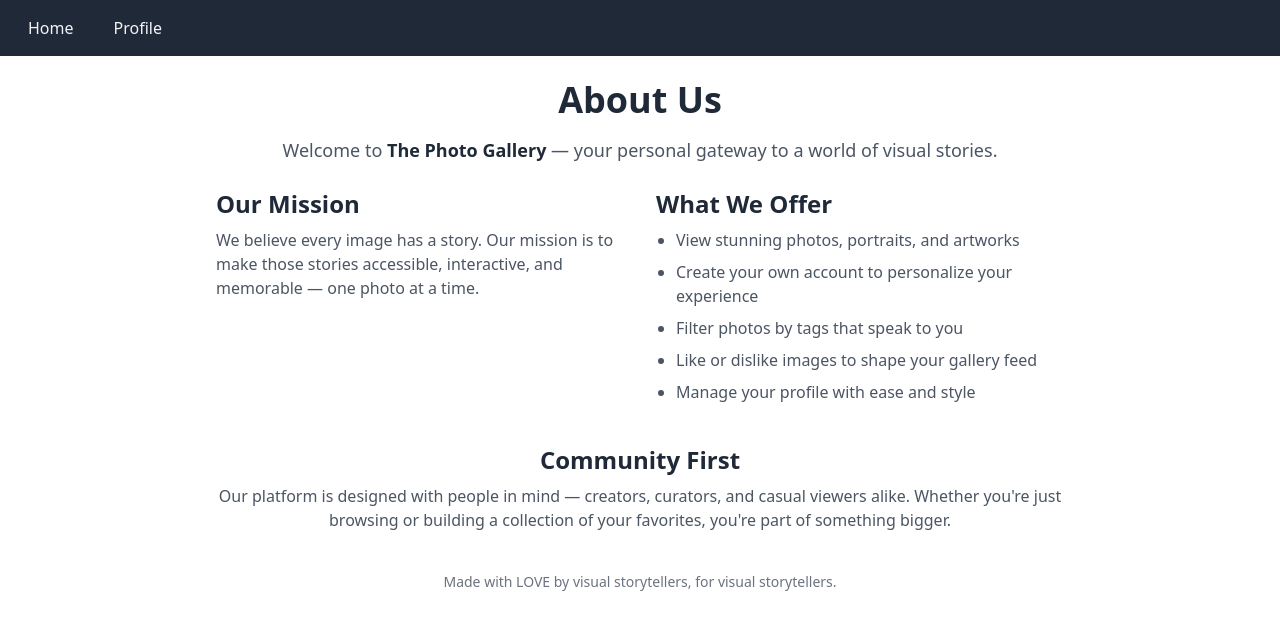
Repository: Marvin-Maina/photo_app
Page: accounts/templates/about.html
These files come from the project's save history. The page is drawn as it stood at one moment and after the next save; the edit follows.
The browser window is 1280 px wide. The pictures show the whole page.
Some web libraries are served in a nearby version. The template is drawn by Django 5.2. The application's start-up code is not run. Other server files are loaded and not shown. The template is opened directly, without the code that normally fills it, so the values that code supplies are empty.

Above is the page before, as saved 2025-05-10 22:15:00.

### accounts/templates/about.html
{% extends 'base.html' %}

{% block content %}
<section class="max-w-4xl mx-auto p-6 text-center">
  <h1 class="text-4xl font-bold mb-4 text-gray-800">About Us</h1>
  <p class="text-lg text-gray-600 mb-6">
    Welcome to <span class="font-semibold text-gray-800">The Photo Gallery</span> — your personal gateway to a world of visual stories.
  </p>

  <div class="grid md:grid-cols-2 gap-8 text-left">
    <div>
      <h2 class="text-2xl font-semibold mb-2 text-gray-800"> Our Mission</h2>
      <p class="text-gray-600">
        We believe every image has a story. Our mission is to make those stories accessible, interactive, and memorable — one photo at a time.
      </p>
    </div>

    <div>
      <h2 class="text-2xl font-semibold mb-2 text-gray-800"> What We Offer</h2>
      <ul class="list-disc pl-5 text-gray-600 space-y-2">
        <li>View stunning photos, portraits, and artworks</li>
        <li>Create your own account to personalize your experience</li>
        <li>Filter photos by tags that speak to you</li>
        <li>Like or dislike images to shape your gallery feed</li>
        <li>Manage your profile with ease and style</li>
      </ul>
    </div>
  </div>

  <div class="mt-10">
    <h2 class="text-2xl font-semibold mb-2 text-gray-800">Community First</h2>
    <p class="text-gray-600">
      Our platform is designed with people in mind — creators, curators, and casual viewers alike. Whether you're just browsing or building a collection of your favorites, you're part of something bigger.
    </p>
  </div>

  <div class="mt-10">
    <p class="text-gray-500 text-sm">
      Made with LOVE by visual storytellers, for visual storytellers.
    </p>
  </div>
</section>
{% endblock %}

### accounts/templates/base.html
<!DOCTYPE html>
<html lang="en">
<head>
    <meta charset="UTF-8">
    <meta name="viewport" content="width=device-width, initial-scale=1.0">
    <title>{% block title %} Students Data {% endblock %}</title>
    <script src="https://cdn.tailwindcss.com"></script>

</head>
<body>
    {% include "navbar.html" %}
    {% block content %}

    {% endblock %}

</body>
</html>

### accounts/templates/navbar.html

<nav class="bg-gray-800 py-2">
    <div class="container mx-auto px-4">
      <div class="hidden md:flex items-center space-x-4">
        <a href="/" class="py-2 px-3 text-gray-100 hover:text-white hover:bg-gray-700 rounded">Home</a>

        <a href ='accounts/profile/' class= "py-2 px-3 text-gray-100 hover:text-white hover:bg-gray-700 rounded">Profile</a>

        {% if user.is_authenticated %}
        <form method="post" action="{% url 'logout' %}">
          {% csrf_token %}
          <button type="submit" class="py-2 px-3 text-red-400 hover:text-red-300 hover:bg-gray-700 rounded">Logout</button>
        </form>
        {% endif %}
      </div>

      <!-- Mobile menu button -->
      <div class="md:hidden">
        <button type="button" class="mobile-menu-button text-gray-300 hover:text-white">
          <svg class="h-6 w-6" xmlns="http://www.w3.org/2000/svg" fill="none" viewBox="0 0 24 24" stroke="currentColor">
            <path stroke-linecap="round" stroke-linejoin="round" stroke-width="2" d="M4 6h16M4 12h16M4 18h16" />
          </svg>
        </button>
      </div>
    </div>

    <!-- Mobile menu -->
    <div class="hidden mobile-menu md:hidden">
      <div class="px-2 pt-2 pb-3 space-y-1">
        <a href="/" class="block py-2 px-3 text-gray-100 hover:bg-gray-700 rounded">Home</a>

        {% if user.is_authenticated %}
        <form method="post" action="{% url 'logout' %}">
          {% csrf_token %}
          <button type="submit" class="block w-full text-left py-2 px-3 text-red-400 hover:bg-gray-700 rounded">Logout</button>
        </form>
        {% endif %}
      </div>
    </div>
  </nav>

  <!-- Simple toggle script -->
  <script>
    document.addEventListener('DOMContentLoaded', function() {
      const btn = document.querySelector('.mobile-menu-button');
      const menu = document.querySelector('.mobile-menu');

      btn.addEventListener('click', function() {
        menu.classList.toggle('hidden');
      });
    });
  </script>

After the next save:
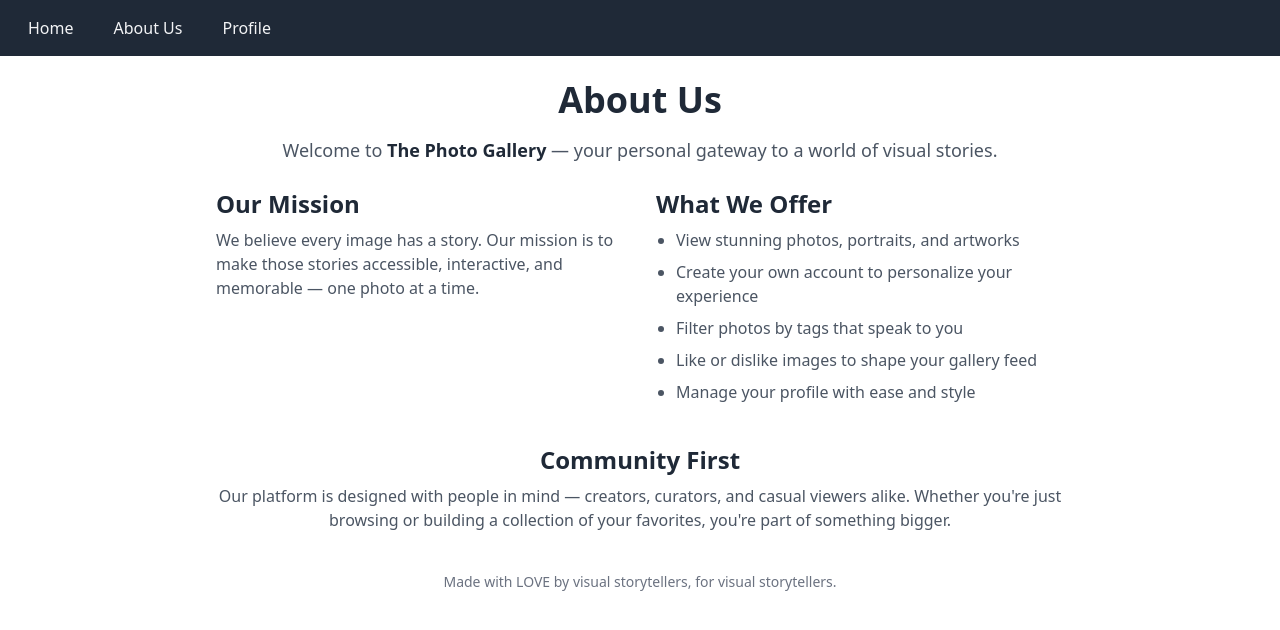
Saved 4 s later.
--- a/accounts/templates/navbar.html
+++ b/accounts/templates/navbar.html
@@ -3,6 +3,7 @@
     <div class="container mx-auto px-4">
       <div class="hidden md:flex items-center space-x-4">
         <a href="/" class="py-2 px-3 text-gray-100 hover:text-white hover:bg-gray-700 rounded">Home</a>
+        <a href ='accounts/about/' class= "py-2 px-3 text-gray-100 hover:text-white hover:bg-gray-700 rounded">About Us</a>
 
         <a href ='accounts/profile/' class= "py-2 px-3 text-gray-100 hover:text-white hover:bg-gray-700 rounded">Profile</a>
 
